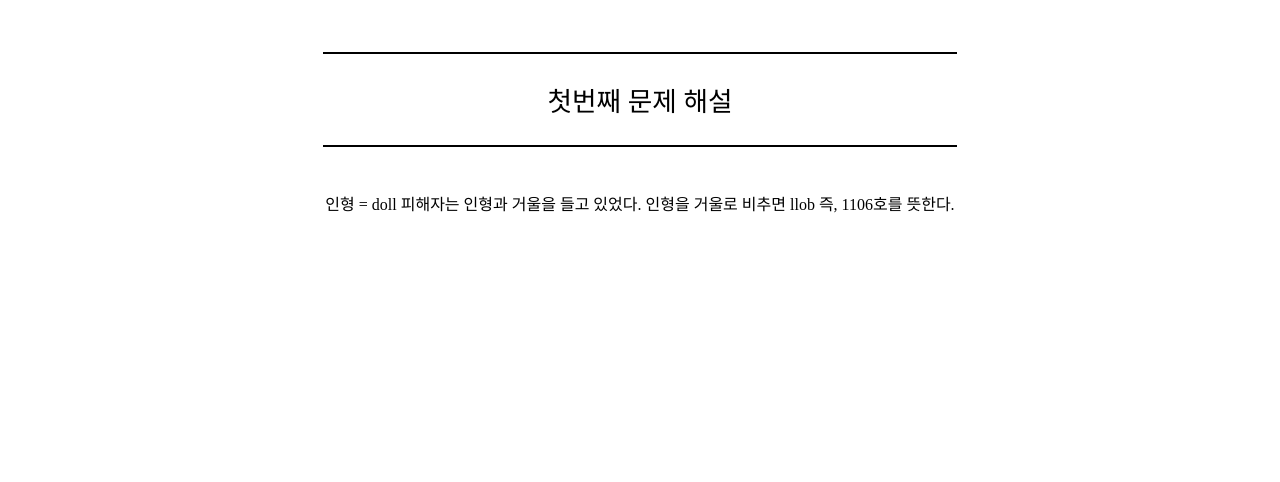
Repository: minkyung0421/Event_Project
Page: http://localhost/Event/inter.jsp
The author's editor kept a copy of each file at every save. The page is drawn from the files as they stood at one save, then again after the next save.
The browser window is 1280 px wide. The pictures show the whole page.
The page is served by Tomcat 9.

Above is the page before, as saved 2018-09-04 19:48:44.

### Event_Project/Event/WebContent/inter.jsp
<%@ page language="java" contentType="text/html; charset=UTF-8"
    pageEncoding="UTF-8"%>
<!DOCTYPE html PUBLIC "-//W3C//DTD HTML 4.01 Transitional//EN" "http://www.w3.org/TR/html4/loose.dtd">
<html>
<head>
<meta http-equiv="Content-Type" content="text/html; charset=UTF-8">
<title>EVENT</title>
</head>
<body>
<center>
		<br><br>
		<hr color="black" style = "width: 50%">
		<br>
		<div style = "font-size: 20pt;">첫번째 문제 해설</div>
		<br>
		<hr color="black" style = "width: 50%">
		<br>
		<br>
		인형 = doll 피해자는 인형과 거울을 들고 있었다. 인형을 거울로 비추면 llob 즉, 1106호를 뜻한다.
</center>
</body>
</html>

After the next save:
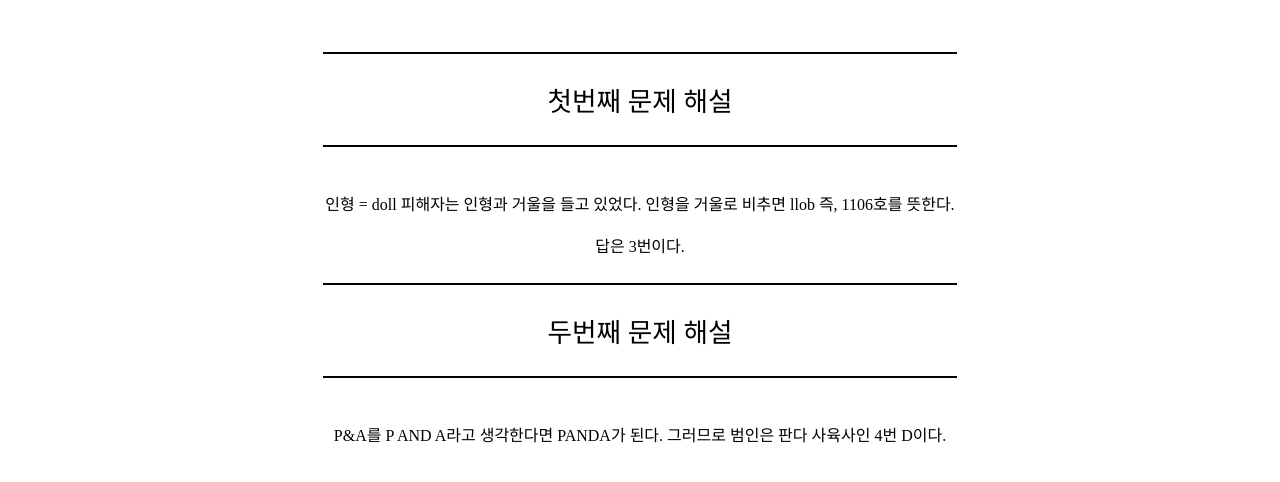
Saved 84 s later.
--- a/Event_Project/Event/WebContent/inter.jsp
+++ b/Event_Project/Event/WebContent/inter.jsp
@@ -16,7 +16,17 @@
 		<hr color="black" style = "width: 50%">
 		<br>
 		<br>
-		인형 = doll 피해자는 인형과 거울을 들고 있었다. 인형을 거울로 비추면 llob 즉, 1106호를 뜻한다.
+		인형 = doll 피해자는 인형과 거울을 들고 있었다. 인형을 거울로 비추면 llob 즉, 1106호를 뜻한다.<br><br>
+		답은 3번이다.
+		<br><br>
+		<hr color="black" style = "width: 50%">
+		<br>
+		<div style = "font-size: 20pt;">두번째 문제 해설</div>
+		<br>
+		<hr color="black" style = "width: 50%">
+		<br>
+		<br>
+		P&A를 P AND A라고 생각한다면 PANDA가 된다. 그러므로 범인은 판다 사육사인 4번 D이다.
 </center>
 </body>
 </html>
